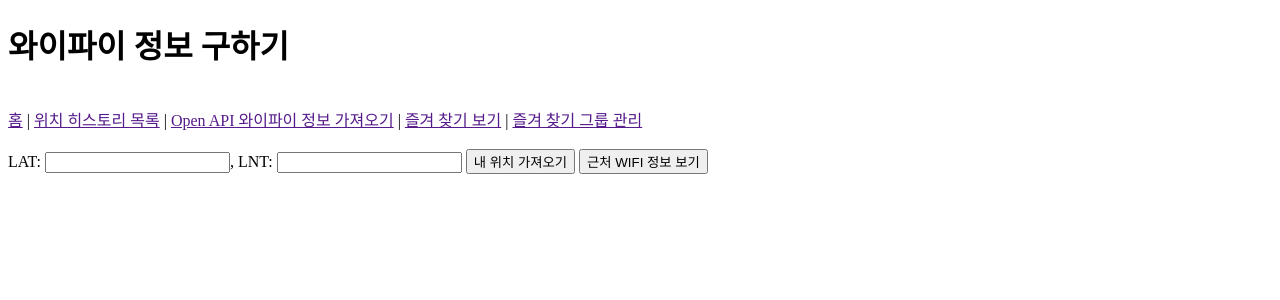
Repository: WooHyun94/Mission1_WIFI
Page: http://localhost/Mission1-WIFI/
These files come from the project's save history. The page is drawn as it stood at one moment and after the next save; the edit follows.
The browser window is 1280 px wide. The pictures show the whole page.
The page is served by Tomcat 9.

Above is the page before, as saved 2023-09-26 16:02:03.

After the next save:
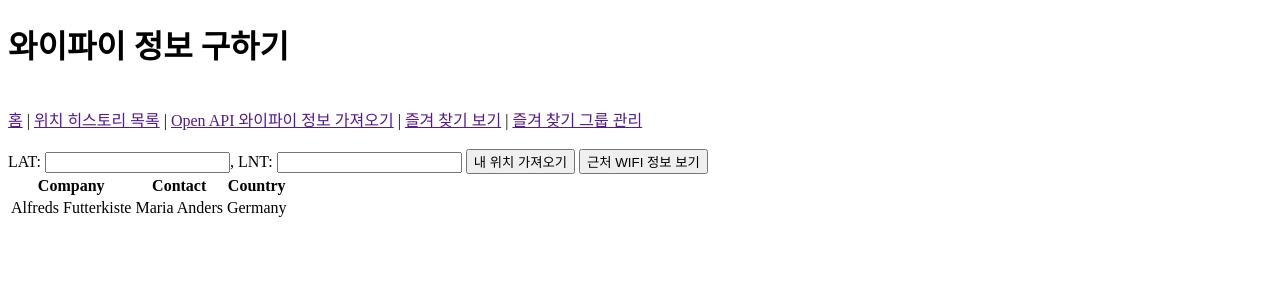
Saved 4 min 20 s later.
--- a/Mission1-WIFI/src/main/webapp/index.jsp
+++ b/Mission1-WIFI/src/main/webapp/index.jsp
@@ -23,5 +23,19 @@
 	LNT: <input type="text" id="lnt">
 	<button>내 위치 가져오기</button>
 	<button>근처 WIFI 정보 보기</button>
+	<br>
+	<table id="customers">
+	  <tr>
+	    <th>Company</th>
+	    <th>Contact</th>
+	    <th>Country</th>
+	  </tr>
+	  <tr>
+	    <td>Alfreds Futterkiste</td>
+	    <td>Maria Anders</td>
+	    <td>Germany</td>
+	  </tr>
+
+	</table>
 </body>
 </html>
